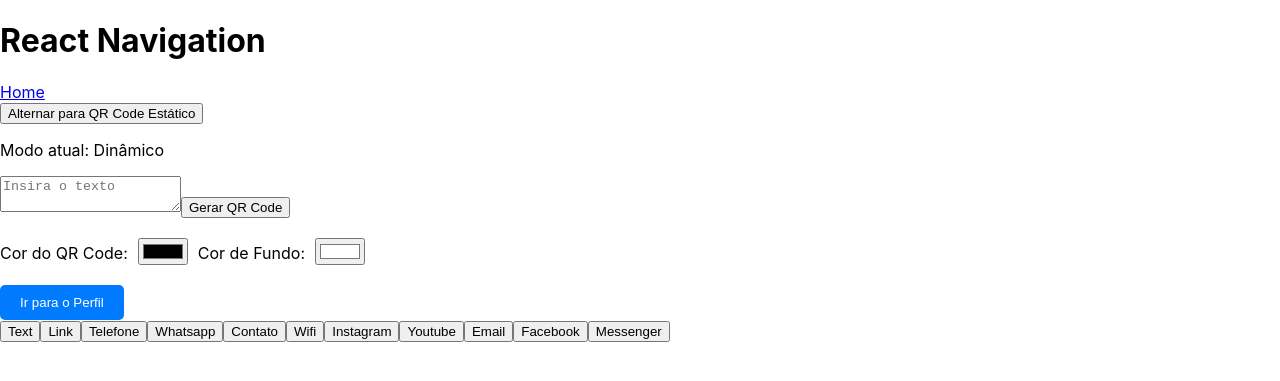
Repository: MarcusVTAlmeida/ReactQrcode
Page: /Home
These files come from the project's save history. The page is drawn as it stood at one moment and after the next save; the edit follows.
The browser window is 1280 px wide. The pictures show the whole page.
The project was rebuilt for these pictures with package versions that can differ from the ones it lists, and the page was loaded fresh each time. Also part of the build but not shown: src/profile.js, src/login.js.

Above is the page before, as saved 2024-12-16 11:38:11.

After the next save:
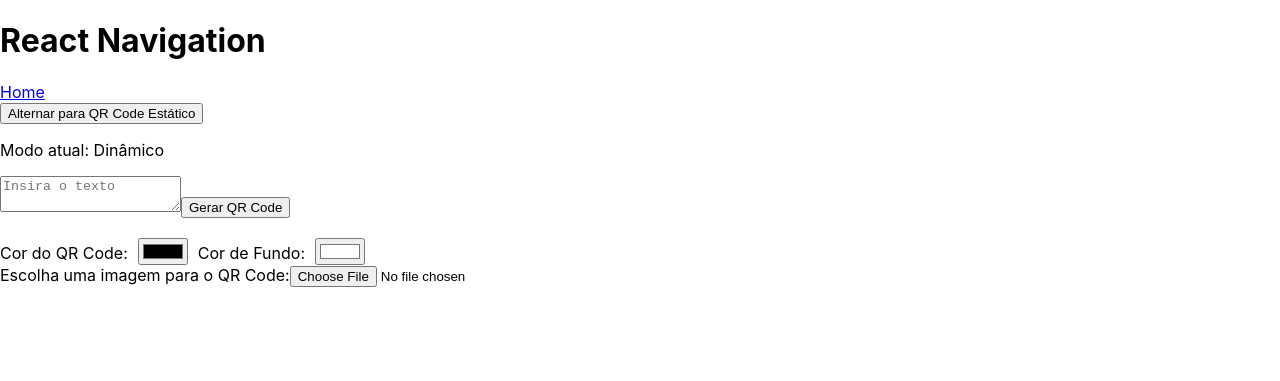
Saved 5 min 49 s later.
--- a/src/home.js
+++ b/src/home.js
@@ -1,8 +1,9 @@
 import React, { useState } from 'react';
 import { Route, Routes, Link } from 'react-router-dom';
 import { QRCodeSVG } from 'qrcode.react';
-import { firestore, auth } from './firebase';
+import { firestore, auth, storage } from './firebase'; // Adicionar storage
 import { collection, serverTimestamp, setDoc, doc } from 'firebase/firestore';
+import { ref, uploadBytes, getDownloadURL } from 'firebase/storage'; // Métodos para trabalhar com Storage
 import Profile from './profile';  // Import ProfileScreen
 
 export default function App() {
@@ -15,6 +16,10 @@ export default function App() {
   // Adicionar estados para personalização de cores
   const [fgColor, setFgColor] = useState('#000000'); // Cor do primeiro plano (preto por padrão)
   const [bgColor, setBgColor] = useState('#ffffff'); // Cor de fundo (branco por padrão)
+
+  // Adicionar estado para armazenar a imagem
+  const [selectedImage, setSelectedImage] = useState(null);
+  const [imageURL, setImageURL] = useState(null);
 
   const placeholders = {
     text: 'Insira o texto',
@@ -42,6 +47,22 @@ export default function App() {
       return;
     }
 
+    let uploadedImageURL = null;
+
+    // Fazer upload da imagem se ela existir
+    if (selectedImage) {
+      try {
+        const imageRef = ref(storage, `images/${user.uid}/${Date.now()}_${selectedImage.name}`);
+        await uploadBytes(imageRef, selectedImage);
+        uploadedImageURL = await getDownloadURL(imageRef);
+        setImageURL(uploadedImageURL);
+      } catch (error) {
+        console.error('Erro ao fazer upload da imagem:', error);
+        alert('Erro ao fazer upload da imagem. Tente novamente.');
+        return;
+      }
+    }
+
     if (isStaticMode) {
       try {
         const docRef = doc(collection(firestore, 'links'));
@@ -53,6 +74,7 @@ export default function App() {
           type: 'estatico',
           fgColor, // Salvar a cor do primeiro plano
           bgColor, // Salvar a cor de fundo
+          imageURL: uploadedImageURL, // Salvar o URL da imagem
         });
         setDocumentId(docRef.id);
         alert('QR Code estático salvo com sucesso!');
@@ -75,6 +97,7 @@ export default function App() {
           type: 'dinamico',
           fgColor, // Salvar a cor do primeiro plano
           bgColor, // Salvar a cor de fundo
+          imageURL: uploadedImageURL, // Salvar o URL da imagem
         });
 
         setQrCodeData({ qrCodeValue: dynamicLink });
@@ -137,6 +160,19 @@ export default function App() {
           </label>
         </div>
 
+        {/* Adicionar input para selecionar imagem */}
+        <div style={styles.imageUploadContainer}>
+          <label>
+            Escolha uma imagem para o QR Code:
+            <input
+              type="file"
+              accept="image/*"
+              onChange={(e) => setSelectedImage(e.target.files[0])}
+              style={styles.imageInput}
+            />
+          </label>
+        </div>
+
         {qrCodeData && (
           <div style={styles.qrCodeContainer}>
             <p style={styles.qrCodeText}>
@@ -144,41 +180,26 @@ export default function App() {
                 ? `Conteúdo: ${qrCodeValue}`
                 : 'Escaneie o QR Code para acessar o link:'}
             </p>
-            <QRCodeSVG value={qrCodeData.qrCodeValue} size={150} fgColor={fgColor} bgColor={bgColor} />
+            <QRCodeSVG
+              value={qrCodeData.qrCodeValue}
+              size={150}
+              fgColor={fgColor}
+              bgColor={bgColor}
+              imageSettings={{
+                src: imageURL || '',
+                x: undefined,
+                y: undefined,
+                height: 30,
+                width: 30,
+                excavate: true,
+              }}
+            />
           </div>
         )}
-      </div>
-
-      <div style={styles.profileButtonContainer}>
-        <Link to="/profile">
-          <button style={styles.profileButton}>
-            Ir para o Perfil
-          </button>
-        </Link>
-      </div>
-
-      <div style={styles.footer}>
-        {Object.keys(placeholders).map((key) => (
-          <button
-            key={key}
-            style={{
-              ...styles.footerButton,
-              ...(selectedMode === key ? styles.activeButton : {}),
-            }}
-            onClick={() => {
-              setSelectedMode(key);
-              setQrCodeValue('');
-              setQrCodeData(null);
-            }}
-          >
-            {key.charAt(0).toUpperCase() + key.slice(1)}
-          </button>
-        ))}
       </div>
     </div>
   );
 }
-
 
 const styles = {
   colorPickerContainer: {
